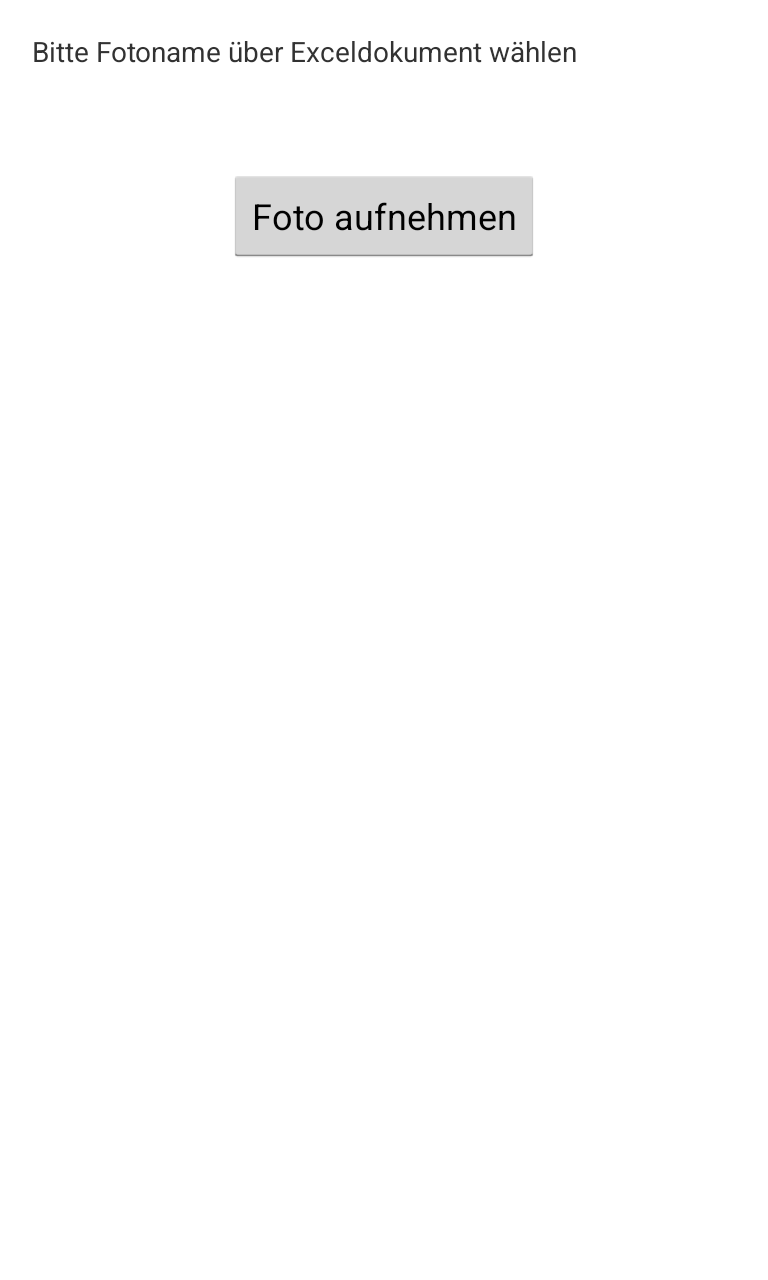
Repository: DaL85/fuerthwiki
Layout: FuerthWikiNew/res/layout/activity_main.xml
An editor plug-in stored every save of this project. The layout is shown before and after a run of saves, followed by the edit.
It is drawn on a 768 x 1280 px phone screen (xhdpi) without system bars, with theme AppTheme; the app's code is not run.

Above is the layout before, as saved 2015-03-03 10:18:13.

### FuerthWikiNew/res/layout/activity_main.xml
<RelativeLayout xmlns:android="http://schemas.android.com/apk/res/android"
    xmlns:tools="http://schemas.android.com/tools"
    android:layout_width="match_parent"
    android:layout_height="match_parent"
    android:paddingBottom="@dimen/activity_vertical_margin"
    android:paddingLeft="@dimen/activity_horizontal_margin"
    android:paddingRight="@dimen/activity_horizontal_margin"
    android:paddingTop="@dimen/activity_vertical_margin"
    tools:context="com.example.fuerthwiki.MainActivity" >

   <TextView
        android:id="@+id/textView_Infotext"
        android:layout_width="wrap_content"
        android:layout_height="wrap_content"
        android:text="@string/Infotext" />

    <Button
        android:id="@+id/button_Take_Photo"
        android:layout_width="wrap_content"
        android:layout_height="wrap_content"
        android:layout_below="@+id/textView1"
        android:layout_centerHorizontal="true"
        android:layout_marginTop="68dp"
        android:text="Foto aufnehmen" />
</RelativeLayout>

### FuerthWikiNew/res/values/strings.xml
<?xml version="1.0" encoding="utf-8"?>
<resources>

    <string name="app_name">FuerthWiki</string>
    <string name="Infotext">Bitte Fotoname über Exceldokument wählen</string>
    <string name="action_exit">Beenden</string>
    <string name="action_excelfile">Excelfile wählen</string>

</resources>

Loaded but not shown: FuerthWikiNew/res/values/styles.xml (common file); FuerthWikiNew/res/values-v11/styles.xml (common file); FuerthWikiNew/res/values-v14/styles.xml (common file); FuerthWikiNew/res/values/dimens.xml (common file); FuerthWikiNew/res/values-w820dp/dimens.xml (common file)

After the next 3 saves:
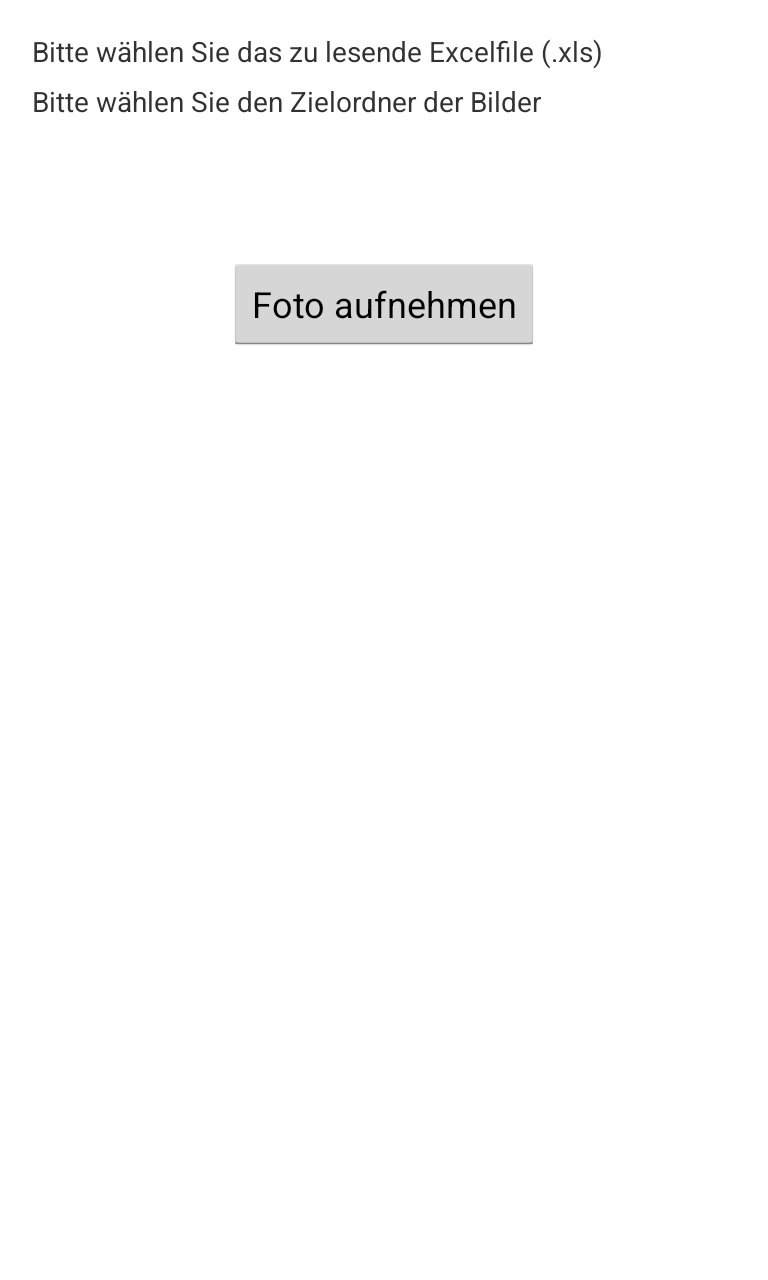
The 3 saves are shown as one change because 2 did not build or start.
The last was saved 23 min 14 s later.
--- a/FuerthWikiNew/res/layout/activity_main.xml
+++ b/FuerthWikiNew/res/layout/activity_main.xml
@@ -9,16 +9,23 @@
     tools:context="com.example.fuerthwiki.MainActivity" >
 
    <TextView
-        android:id="@+id/textView_Infotext"
+        android:id="@+id/textView_Infotext_ExcelFile"
         android:layout_width="wrap_content"
         android:layout_height="wrap_content"
-        android:text="@string/Infotext" />
+        android:text="@string/Infotext_ExcelFile" />
+   <TextView
+        android:id="@+id/textView_Infotext_ResultFolder"
+        android:layout_width="wrap_content"
+        android:layout_height="wrap_content"
+        android:layout_below="@+id/textView_Infotext_Result_ExcelList"
+        android:layout_marginTop="25dp"
+        android:text="@string/Infotext_ResultFolder" />
 
     <Button
         android:id="@+id/button_Take_Photo"
         android:layout_width="wrap_content"
         android:layout_height="wrap_content"
-        android:layout_below="@+id/textView1"
+        android:layout_below="@+id/textView_Infotext_ResultFolder"
         android:layout_centerHorizontal="true"
         android:layout_marginTop="68dp"
         android:text="Foto aufnehmen" />
--- a/FuerthWikiNew/res/values/strings.xml
+++ b/FuerthWikiNew/res/values/strings.xml
@@ -2,8 +2,9 @@
 <resources>
 
     <string name="app_name">FuerthWiki</string>
-    <string name="Infotext">Bitte Fotoname über Exceldokument wählen</string>
+    <string name="Infotext_ExcelFile">Bitte wählen Sie das zu lesende Excelfile (.xls)</string>
     <string name="action_exit">Beenden</string>
     <string name="action_excelfile">Excelfile wählen</string>
+    <string name="Infotext_ResultFolder">Bitte wählen Sie den Zielordner der Bilder</string>
 
 </resources>
